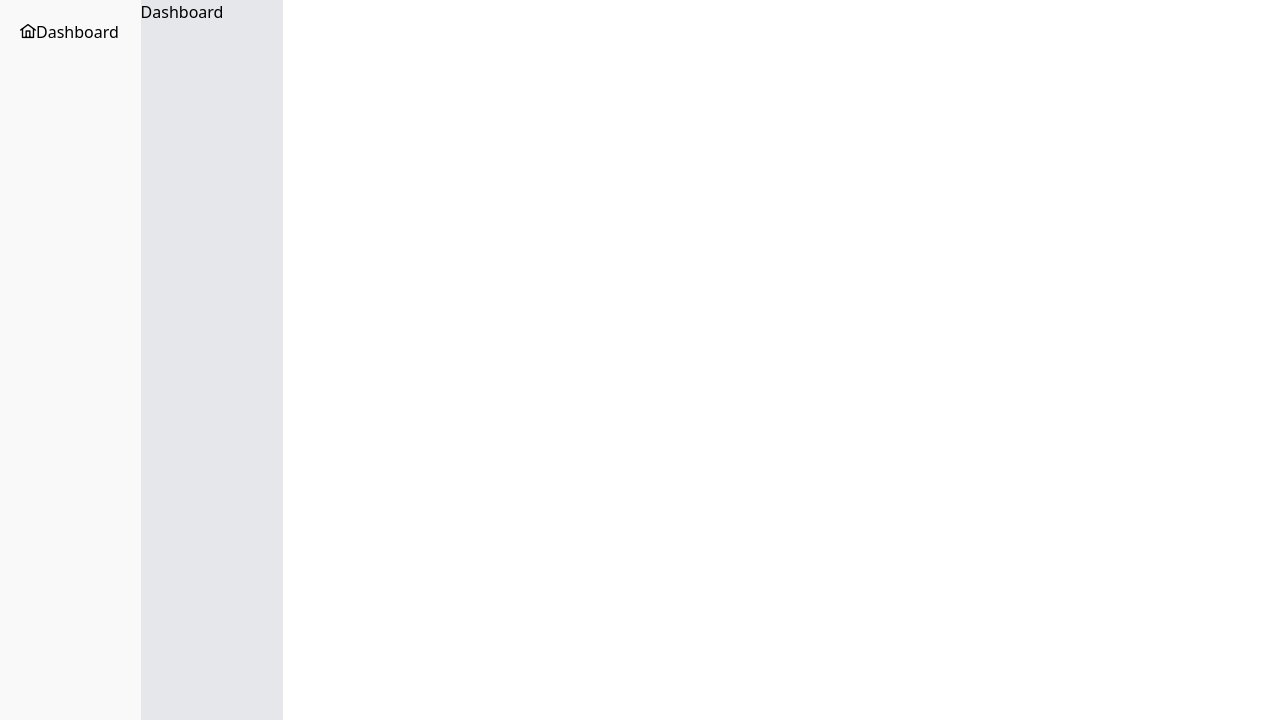
Repository: kottuzik/200apps-exercise
Page: / (app in vue-dashboard-template/)
The author's editor kept a copy of each file at every save. The page is drawn from the files as they stood at one save, then again after a run of saves.
The browser window is 1280 px wide. The pictures show the whole page.
The project was rebuilt for these pictures with package versions that can differ from the ones it lists, and the page was loaded fresh each time. Also part of the build but not shown: vue-dashboard-template/vite.config.js.

Above is the page before, as saved 2025-07-11 13:57:43.

After the next 2 saves:
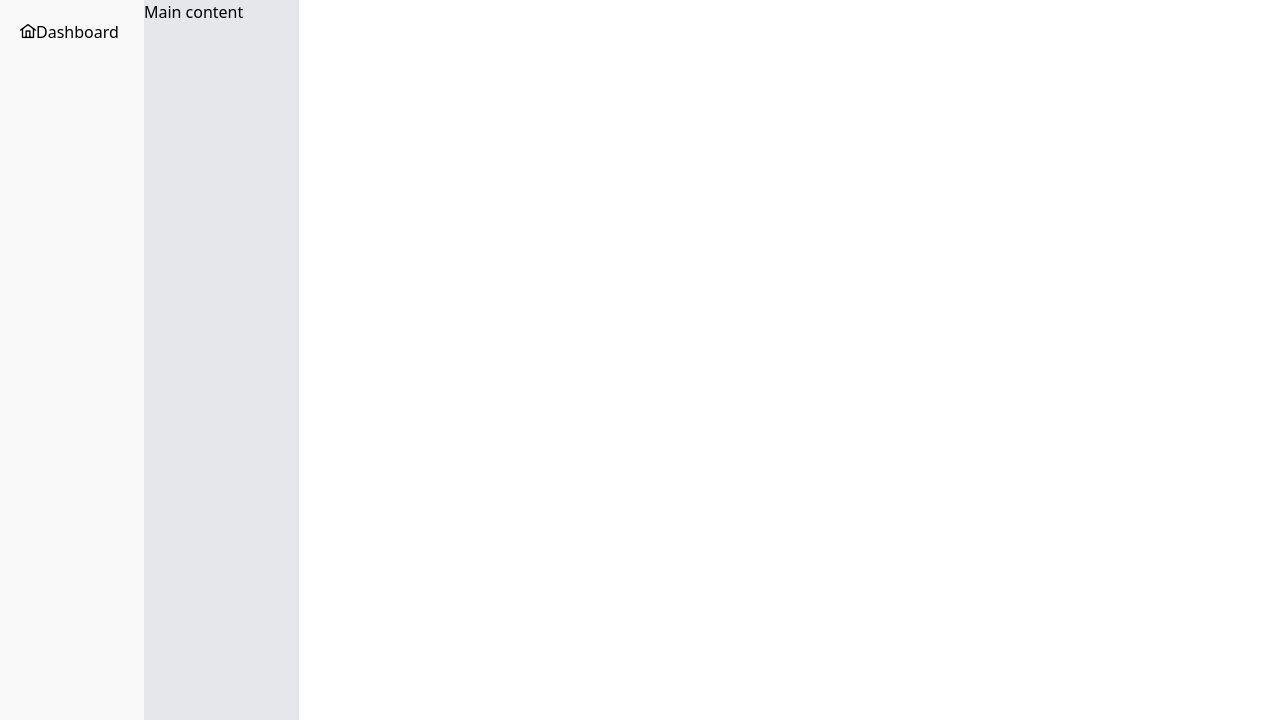
The 2 saves are shown as one change because they came seconds apart.
The last was saved 15 s later.
--- a/vue-dashboard-template/src/views/Dashboard.vue
+++ b/vue-dashboard-template/src/views/Dashboard.vue
@@ -6,7 +6,7 @@
     <div class="flex">
         <DashboardSidebar class="w-1/5 bg-gray-100 min-h-screen"/>
         <main class="w-4/5 bg-gray-200 min-h-screen">
-            <h1>Dashboard</h1>
+            <h1>Main content</h1>
         </main>
     </div>
 </template>
